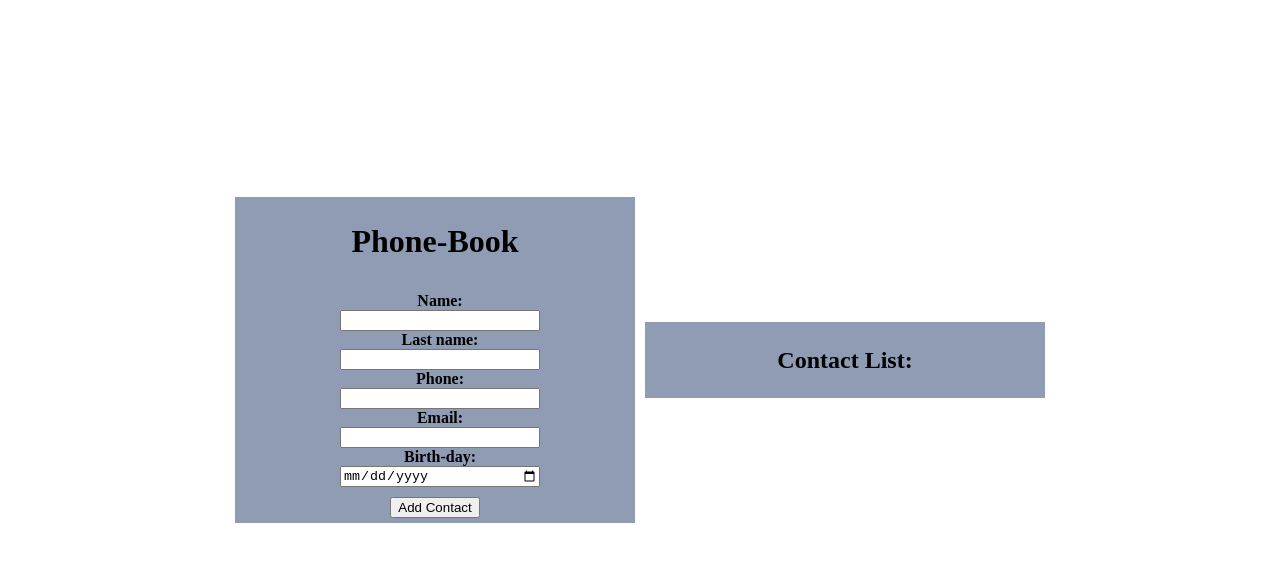
Repository: STA1357/Phone-book
Page: Inner.html
An editor plug-in stored every save of this project. The page is shown before and after the next save, followed by the edit.
The browser window is 1280 px wide. The pictures show the whole page.

Above is the page before, as saved 2020-12-10 11:36:00.

### Inner.html
<!DOCTYPE html>
<html lang="en">
<head>
    <meta charset="UTF-8">
    <meta name="viewport" content="width=device-width, initial-scale=1.0">
    <title>Phone Book</title>
    <link rel="stylesheet" href="./styles.css">
    <script src="./app.js"></script>
</head>
<body>
    <form action="#" method="POST">

        <header>
            <div class="header-title">
                <h1>Phone-Book</h1>
            </div>
        </header>

        <main>
            <div class="container">
                <label for="name">Name:</label>
                <input type="text" id="nameInput">
                <label for="lname">Last name:</label>
                <input type="text" id="lnameInput">
                <label for="tel">Phone:</label>
                <input type="text" id="telInput" class="tellinput">
                <label for="email">Email:</label>
                <input type="email" id="emailInput">
                <label for="birthname">Birth-day:</label>
                <input type="date" id="birthInput">
            </div>

        </main>

        <div class="btn">
        <button type="submit" id="btnAdd">Add Contact</button>
    </div>
    </form>
<div class="list-container">
    <h2>Contact List:</h2>
    <ul id="users"></ul>
</div>
</body>
</html>

### styles.css
*{
    box-sizing: border-box;
}

body{
    display: flex;
    flex-direction: row;
    align-items: center;
    justify-content: center;
    min-height: 100vh;
    margin: 0;
}

form{

    background-color: rgb(144, 156, 179);
    width: 400px;
    max-width: 100%;
    margin-right: 10px;
    text-align: center;
}

main{
    margin-left: 25%;
}

.container{
    text-align: center;
    display: block;
    width: 70%;
}

.list-container{
    background-color: rgb(144, 156, 179);
    width: 400px;
    max-width: 100%;
    page-break-after: 30px 40px;

}

h2{
    text-align: center;
}

label{
    font-weight: bold;
}

input{
    width: 100%;
}











.selected{
    background-color: skyblue;
    color: black;
    text-shadow: 0.5px 0.5px grey;
}

.deleteBtn::before{
    color: brown;
    content: "delete";
}

div{
    padding: 5px;
}

li{
    font-weight: bold;
    font-style: italic;
}

### app.js
window.onload = function() {
    const localKey = 'contactsCollection';
    const form = document.querySelector('form');
    const list = document.getElementById('users');
    const userName = document.getElementById('nameInput');
    const userLname = document.getElementById('lnameInput');
    const userTel = document.getElementById('telInput');
    const userEmail = document.getElementById('emailInput');
    const userBirth = document.getElementById('birthInput');

    let contactsList = getContacts();
    let activeContact = null;

    generateContactList();

    function getContacts() {
        const res = localStorage.getItem(localKey);
        return res ? JSON.parse(res) : [];
    }

    function setToStorage(data) {
        localStorage.setItem(localKey, data);
    }

    function updateContactList(newList) {
        const string = JSON.stringify(newList);
        contactsList = newList;
        setToStorage(string);
        generateContactList();
    }

    function recordContact(newContact) {
        updateContactList([...contactsList, newContact])
    }

    function updateContact(newData) {
        contactsList = contactsList.map(contact => contact.id === newData.id ? newData : contact);
        updateContactList(contactsList);
    }

    function deleteContact(removeId) {
        contactsList = contactsList.filter(({ id }) => id !== removeId);
        updateContactList(contactsList);
    }

    function setActiveContact(id) {
        const contact = document.getElementById(`contact-${id}`);
        contact.classList.toggle('active');
    }

    function generateContactList() {
        console.log(contactsList);
        const fragment = document.createDocumentFragment();
        contactsList.forEach((contact) => {
            const { id, name, lastName, phone, mail, birthDay } = contact;
            const container = document.createElement('div');
            container.onclick = () => setActiveContact(id);
            container.id = `contact-${id}`;
            const title = document.createElement('li');
            title.innerText = `${name} ${lastName}`;

            const infoList = document.createElement('b');
            infoList.innerText = phone + ' - ' + mail + ' - ' + birthDay;
            // phonesList.innerText = phones.join(' ');
            container.appendChild(title);
            container.appendChild(infoList);
            fragment.appendChild(container);

            const deleteBtn = document.createElement('button');
            deleteBtn.className = 'deleteBtn'
            fragment.appendChild(deleteBtn);
            deleteBtn.addEventListener('mousedown', function (e) {
                e.preventDefault();
            })

            deleteBtn.addEventListener('click', function (e) {
                console.log(e);
                deleteContact();
            })

            //const btn = document.createElement('button');
            //btn.onclick = () => !deleteContact(removeId);
            //btn.appendChild(container)


            container.addEventListener('mousedown', function (e) {
                e.preventDefault();
            })

            container.addEventListener('click', function (e) {
                console.log(e);


                if (e.target == this) {
                    return false;

                }
                if (!e.ctrlKey) {
                    clearSelected(this.children);
                }
                addSelected(e.target);
            })

            function clearSelected(elems) {
                for (let elem of elems) {
                    elem.classList.remove('selected');
                }
            }

            function addSelected(target) {
                target.classList.add('selected');
            }
        });


        list.innerHTML = '';
        list.appendChild(fragment);


    }

    function getId() {
        return '_' + Math.random().toString(36).substr(2, 9);
    };

    form.onsubmit = (event) => {
        event.preventDefault();
        const contact = {
            id: getId(),
            name: userName.value,
            lastName: userLname.value,
            phone: userTel.value,
            mail: userEmail.value,
            birthDay: userBirth.value
        }
        recordContact(contact);
        console.log(contact);
    }
}

// const form = document.querySelector('form')
// const list = document.getElementById('users')
// const userName = document.getElementById('nameInput')
// const userLname = document.getElementById('lnameInput')
// const userTel = document.getElementById('telInput')
// const userEmail = document.getElementById('emailInput')
// const userBirth = document.getElementById('birthInput')
// const entry = document.createElement('li')


// function addUser() {
//     const list = document.getElementById('users')
//     const userName = document.getElementById('nameInput')
//     const userLname = document.getElementById('lnameInput')
//     const userTel = document.getElementById('telInput')
//     const userEmail = document.getElementById('emailInput')
//     const userBirth = document.getElementById('birthInput')
//     const entry = document.createElement('li')
//     entry.appendChild(document.createTextNode(userName.value + ' ' + userLname.value + ' '
//     + userTel.value + ' ' + userEmail.value + ' ' + userBirth.value))
//     list.appendChild(entry)
//     return false

// }

// let bookContacts = [];

// const addContacts = (ev) => {
//     ev.preventDefault();
//     let contact = {
//         name: document.getElementById('nameInput').value,
//         lname: userLname.value,
//         tel: userTel.value,
//         email: userEmail.value,
//         birthday: userBirth.value
//     }
//     bookContacts.push(contact);
//     document.forms[0].reset();
// }
// document.addEventListener('DomContentLoad', () =>{
//     document.getElementById('btnAdd').addEventListener('click',addContacts)
// })
// console.log(bookContacts);




/*class Person{
    constructor(options){
        this.name = options.name
        this.lname = options.lname
        this.tel = options.tel
        this.email = options.email
        this.birthday = options.birthday
    }
}

class User extends Person{
    static type = "User"
}

const user = new User({
    name: "",
    lname: "",
    tel: "",
    email:"",
    birthday:""
})


localStorage.setItem('userInfo', JSON.stringify(user));




const raw = localStorage.getItem('userInfo')
const userInfo = JSON.parse(raw)
userInfo.name = 'Maxim'

console.log(userInfo);*/

After the next save:
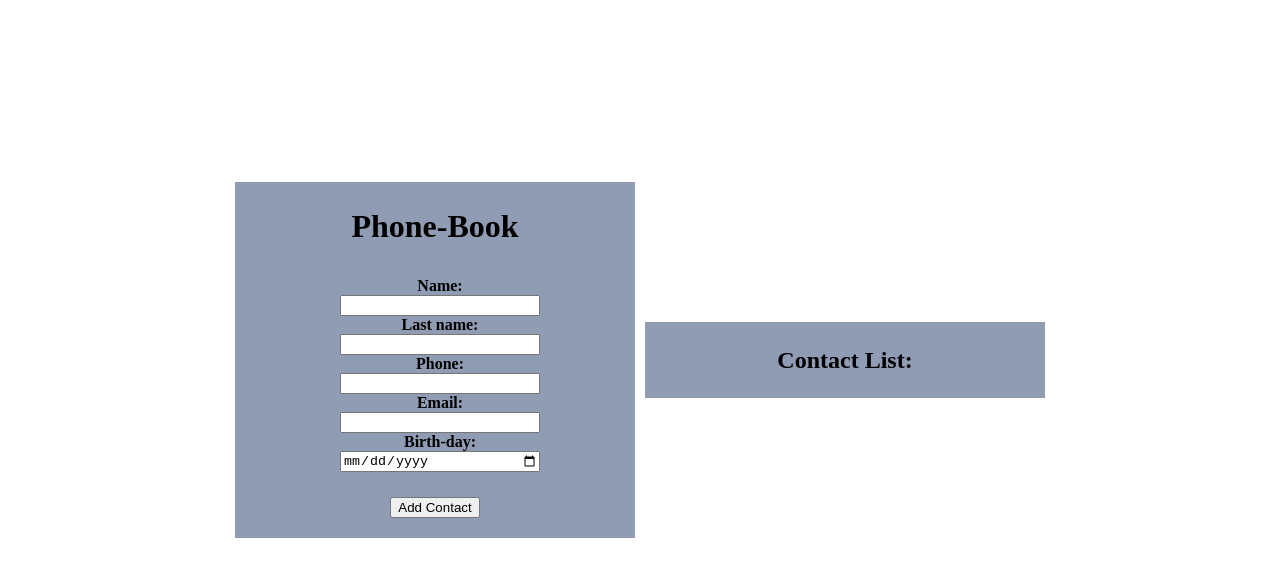
Saved 64 s later.
--- a/styles.css
+++ b/styles.css
@@ -57,7 +57,9 @@ input{
 
 
 
-
+.btn{
+    padding: 20px 0;
+}
 
 
 .selected{
